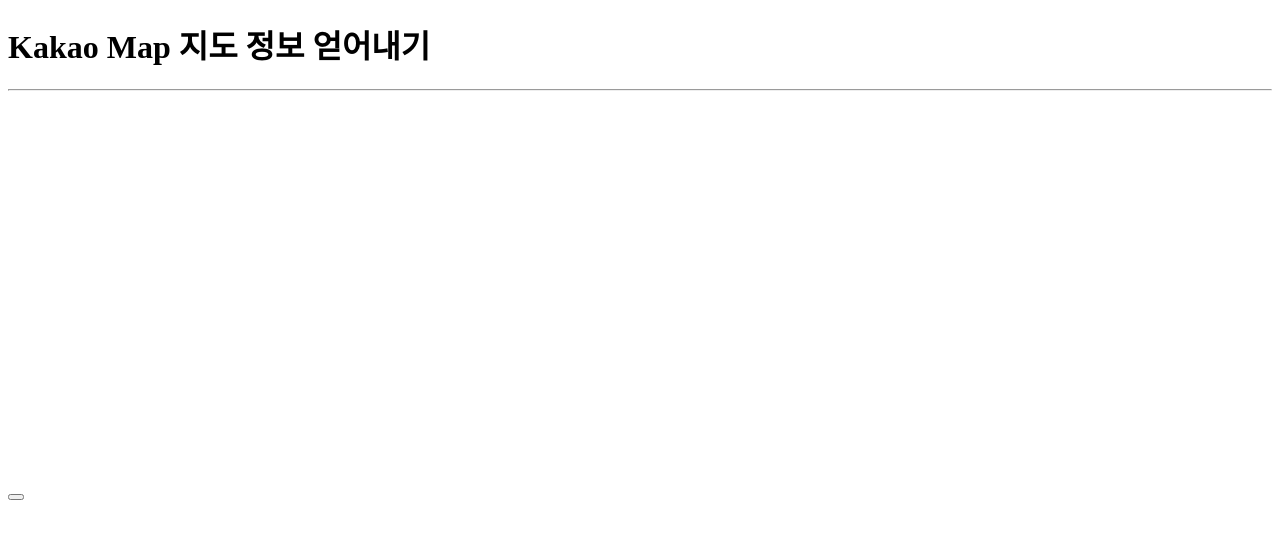
Repository: DongHyenYoo/DongHyen
Page: KakaoMapStudy/MapApp01/WebContent/MapTest006.html
These files come from the project's save history. The page is drawn as it stood at one moment and after the next save; the edit follows.
The browser window is 1280 px wide. The pictures show the whole page.

Above is the page before, as saved 2022-12-29 03:26:25.
Console error: ReferenceError: initialize is not defined

After the next save:
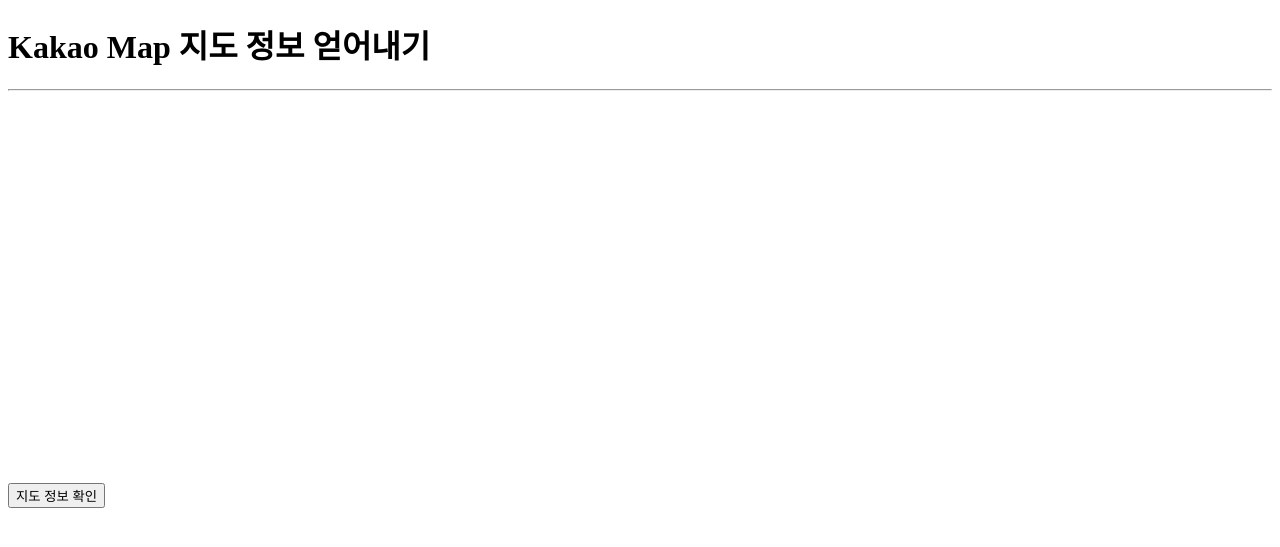
Saved 9 s later.
--- a/KakaoMapStudy/MapApp01/WebContent/MapTest006.html
+++ b/KakaoMapStudy/MapApp01/WebContent/MapTest006.html
@@ -26,7 +26,7 @@
 <br>
 
 <p>
-	<button type="button" onclick="getInfo()"
+	<button type="button" onclick="getInfo()">지도 정보 확인</button>
 </p>
 
 </body>
